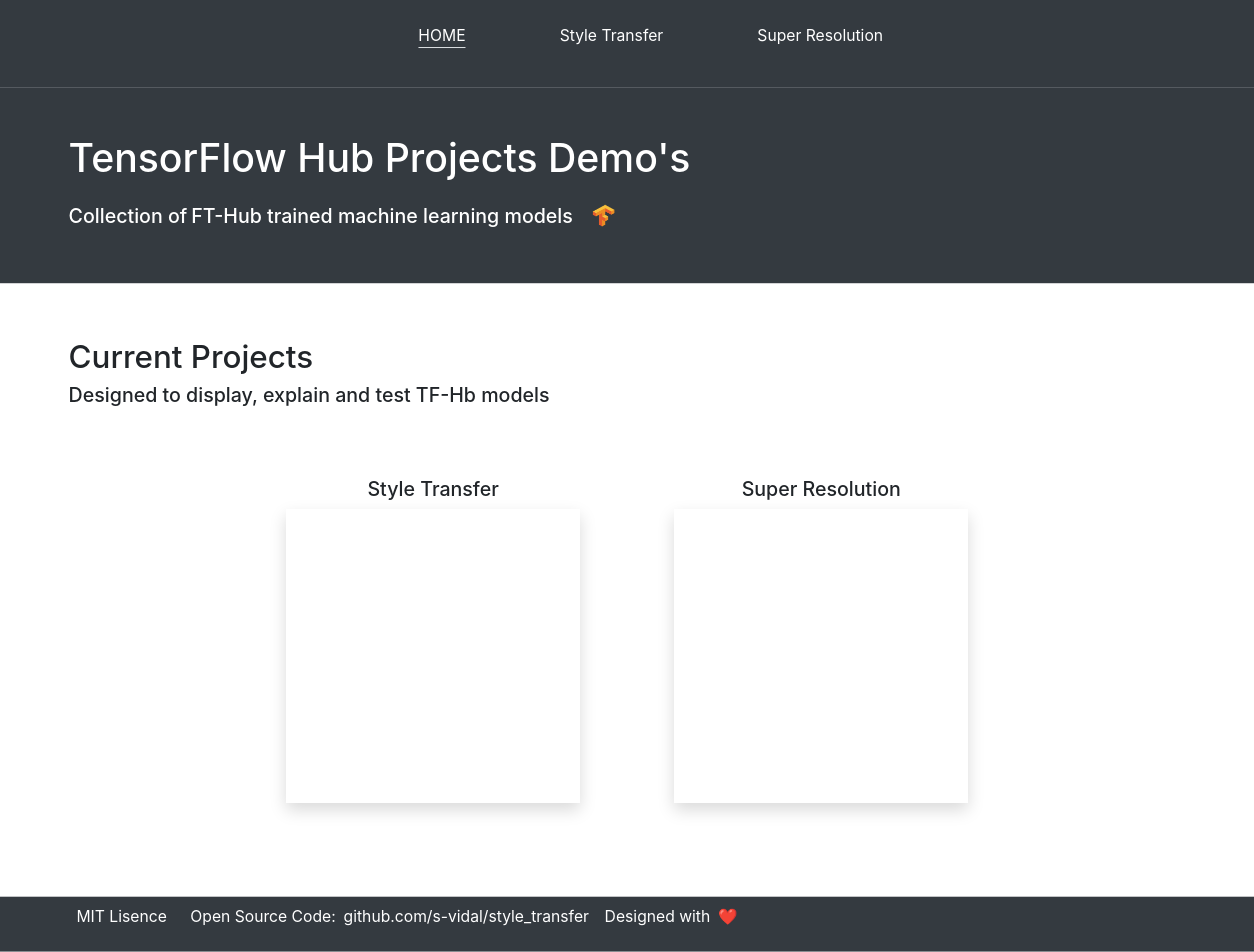
Repository: s-vidal/style_transfer
Page: / (app in client/)
The author's editor kept a copy of each file at every save. The page is drawn from the files as they stood at one save, then again after the next save.
The browser window is 1280 px wide. The pictures show the whole page, at 98% of full size.
The page's requests for data from a server got no answer. The project was rebuilt for these pictures with package versions that can differ from the ones it lists, and the page was loaded fresh each time. A package was used in the major version that the imports need, not the one package.json lists. No one was signed in, and anything a server would have sent is missing. Also part of the build but not shown: client/src/App.css, client/src/components/DropZone.jsx, client/src/lib/api.js, client/src/components/Inference.jsx, client/src/components/Header.jsx, client/src/pages/StyleTransfer.jsx, client/src/pages/SuperResolution.jsx.

Above is the page before, as saved 2020-09-30 16:31:11.

### client/public/index.html
<!DOCTYPE html>
<html lang="en">
  <head>
    <meta charset="utf-8" />
    <link rel="icon" href="%PUBLIC_URL%/favicon.ico" />
    <meta name="viewport" content="width=device-width, initial-scale=1" />
    <meta name="theme-color" content="#000000" />
    <meta
      name="description"
      content="Web site created using create-react-app"
    />
    <link rel="apple-touch-icon" href="%PUBLIC_URL%/logo192.png" />
    <!--
      manifest.json provides metadata used when your web app is installed on a
      user's mobile device or desktop. See https://developers.google.com/web/fundamentals/web-app-manifest/
    -->
    <link rel="manifest" href="%PUBLIC_URL%/manifest.json" />
    <!--
      Notice the use of %PUBLIC_URL% in the tags above.
      It will be replaced with the URL of the `public` folder during the build.
      Only files inside the `public` folder can be referenced from the HTML.

      Unlike "/favicon.ico" or "favicon.ico", "%PUBLIC_URL%/favicon.ico" will
      work correctly both with client-side routing and a non-root public URL.
      Learn how to configure a non-root public URL by running `npm run build`.
    -->
    <!-- CSS only -->
    <link
      rel="stylesheet"
      href="https://stackpath.bootstrapcdn.com/bootstrap/4.5.2/css/bootstrap.min.css"
      integrity="sha384-JcKb8q3iqJ61gNV9KGb8thSsNjpSL0n8PARn9HuZOnIxN0hoP+VmmDGMN5t9UJ0Z"
      crossorigin="anonymous"
    />
    <title>React App</title>
  </head>
  <body>
    <noscript>You need to enable JavaScript to run this app.</noscript>
    <div id="root"></div>
    <!--
      This HTML file is a template.
      If you open it directly in the browser, you will see an empty page.

      You can add webfonts, meta tags, or analytics to this file.
      The build step will place the bundled scripts into the <body> tag.

      To begin the development, run `npm start` or `yarn start`.
      To create a production bundle, use `npm run build` or `yarn build`.
    -->
    <!-- JS, Popper.js, and jQuery -->
    <script
      src="https://code.jquery.com/jquery-3.5.1.slim.min.js"
      integrity="sha384-DfXdz2htPH0lsSSs5nCTpuj/zy4C+OGpamoFVy38MVBnE+IbbVYUew+OrCXaRkfj"
      crossorigin="anonymous"
    ></script>
    <script
      src="https://cdn.jsdelivr.net/npm/popper.js@1.16.1/dist/umd/popper.min.js"
      integrity="sha384-9/reFTGAW83EW2RDu2S0VKaIzap3H66lZH81PoYlFhbGU+6BZp6G7niu735Sk7lN"
      crossorigin="anonymous"
    ></script>
    <script
      src="https://stackpath.bootstrapcdn.com/bootstrap/4.5.2/js/bootstrap.min.js"
      integrity="sha384-B4gt1jrGC7Jh4AgTPSdUtOBvfO8shuf57BaghqFfPlYxofvL8/KUEfYiJOMMV+rV"
      crossorigin="anonymous"
    ></script>
  </body>
</html>

### client/src/App.js
import React from "react";
import {BrowserRouter as Router, Switch, Route} from "react-router-dom";
import "./App.css";
import StyleTransfer from "./pages/StyleTransfer";
import SuperResolution from "./pages/SuperResolution";
import Footer from "./components/Footer";
import NavBar from "./components/NavBar";
import HomePage from "./pages/HomePage";

function App() {
  return (
    <div>
      <Router>
        <NavBar />
        <Switch>
          <Route path="/super-resolution">
            <SuperResolution />
          </Route>
          <Route path="/style-transfer">
            <StyleTransfer />
          </Route>
          <Route path="/">
            <HomePage />
          </Route>
        </Switch>
        <Footer />
      </Router>
    </div>
  );
}

export default App;

### client/src/components/Footer.jsx
import React from "react";

const Footer = () => {
  return (
    <div className="text-white bg-dark">
      <div className="container mt-5">
        <div className="row p-2 mt-4">
          <p className="mr-4">MIT Lisence</p>
          <p>Open Source Code:</p>
          <a
            className="ml-2 text-white"
            href="https://github.com/s-vidal/style_transfer"
          >
            <span>github.com/s-vidal/style_transfer</span>
          </a>
          <p className="ml-3 mr-1"> Designed with </p>
          <span role="img" aria-label="emoji" className="ml-1">
            ❤️
          </span>
        </div>
      </div>
    </div>
  );
};

export default Footer;

### client/src/components/NavBar.jsx
import React, {useState, useEffect} from "react";
import {Link, useLocation} from "react-router-dom";
import "./NavBar.css";

const NavBar = () => {
  const [currentPage, setCurrentPage] = useState("");
  const location = useLocation();

  useEffect(() => {
    const currentPath = location.pathname;
    setCurrentPage(currentPath.substring(1));
  }, [location]);

  return (
    <nav className="navbar navbar-expand-lg d-flex justify-content-center bg-dark pt-3 pb-3">
      <ul className="navbar-nav">
        <li className="nav-item">
          <Link className="nav-link pl-5 pr-5" to={"/"}>
            <div className="ml-5 ">
              <p
                className={
                  currentPage === ""
                    ? "text-white nav-text active border-bottom"
                    : "text-white nav-text"
                }
              >
                HOME
              </p>
            </div>
          </Link>
        </li>
        <li className="nav-item">
          <Link
            className="nav-link pl-5 pr-5 text-white"
            to={"/style-transfer"}
          >
            <p
              className={
                currentPage === "style-transfer"
                  ? "text-white nav-text active border-bottom"
                  : "text-white nav-text"
              }
            >
              Style Transfer
            </p>
          </Link>
        </li>
        <li className="nav-item active">
          <Link
            className="nav-link pl-5 pr-5 text-white"
            to={"/super-resolution"}
          >
            <p
              className={
                currentPage === "super-resolution"
                  ? "text-white nav-text active border-bottom"
                  : "text-white nav-text"
              }
            >
              Super Resolution
            </p>
          </Link>
        </li>
      </ul>
    </nav>
  );
};

export default NavBar;

### client/src/pages/HomePage.jsx
import React from "react";
import "../components/HomePage.css";

const HomePage = () => {
  return (
    <>
      <div className="bg-dark text-white p-4 pt-5 pb-5">
        <div className="container">
          <div className="row">
            <h1>TensorFlow Hub Projects Demo's</h1>
          </div>
          <div className="row mt-3">
            <h5>Collection of</h5>
            <a
              href="https://tfhub.dev/google/magenta/arbitrary-image-stylization-v1-256/2"
              className="pl-1 pr-1 text-white"
            >
              <h5>FT-Hub trained machine learning models</h5>
            </a>
            <img
              className="ml-3"
              src={require("../img/tf_logo.png")}
              alt="tf"
              width="22"
              height="22"
            ></img>
          </div>
        </div>
      </div>
      <div className="container p-0 pt-5">
        <div>
          <h2 className="mt-2">Current Projects</h2>
          <h5 className="mb-4">
            Designed to display, explain and test TF-Hb models
          </h5>
        </div>
        <div className="row d-flex justify-content-center">
          <div className="m-5">
            <h5 className="text-center">Style Transfer</h5>
            <div className="home-item shadow"></div>
          </div>
          <div className="m-5">
            <h5 className="text-center"> Super Resolution</h5>
            <div className="home-item shadow"></div>
          </div>
        </div>
      </div>
    </>
  );
};

export default HomePage;

### client/src/components/NavBar.css
.nav-text:hover {
  border-bottom: 1px solid white;
  transition-duration: 0.5s ease-in-out;
}

### client/src/components/HomePage.css
.home-item {
  min-width: 300px;
  min-height: 300px;
}
.home-item:hover {
  cursor: pointer;
  transform: translate(3px, 3px);
  transition-duration: 0.5s ease-in-out;
}

Loaded but not shown: client/src/index.js (common file); client/src/index.css (common file); client/src/serviceWorker.js (common file)

After the next save:
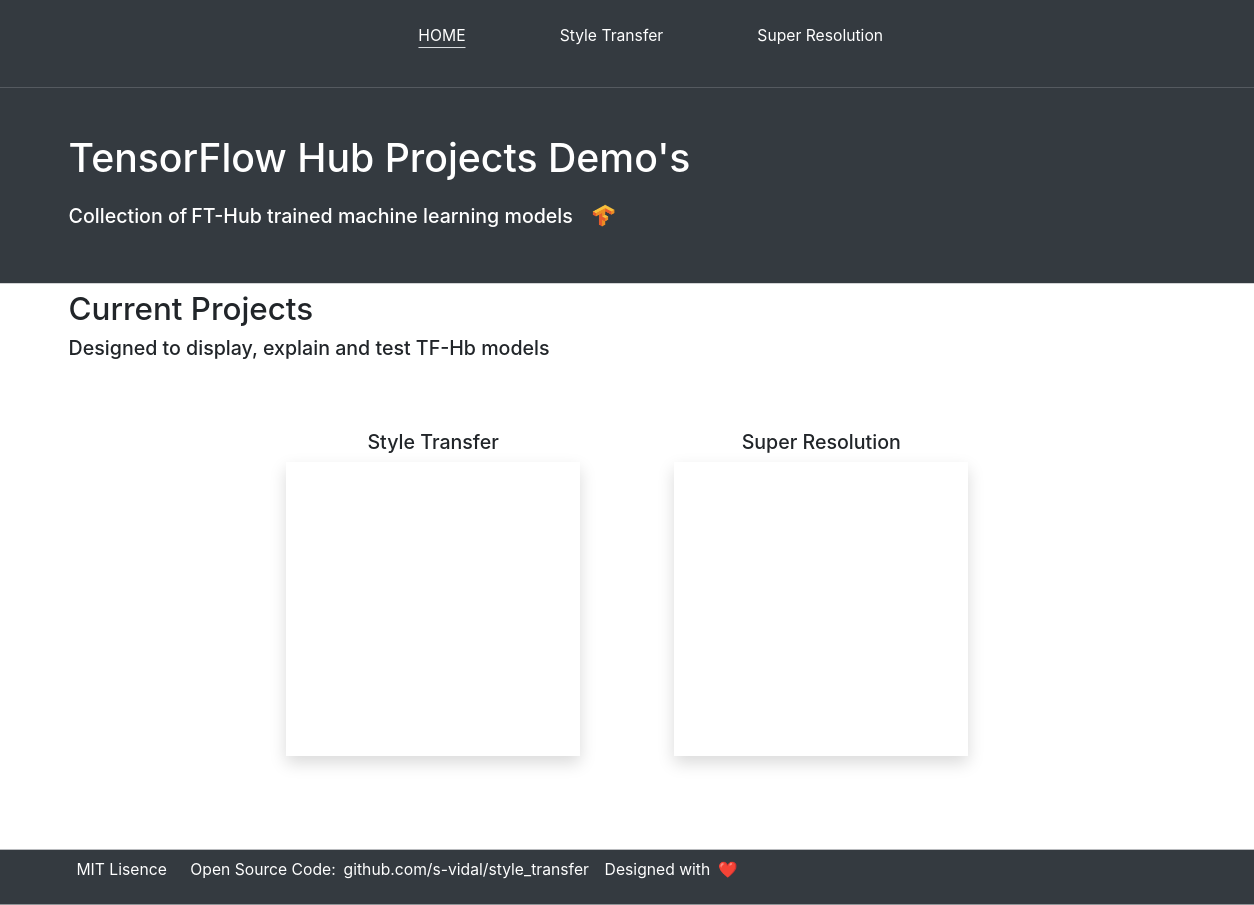
Saved 9 s later.
--- a/client/src/pages/HomePage.jsx
+++ b/client/src/pages/HomePage.jsx
@@ -27,7 +27,7 @@
           </div>
         </div>
       </div>
-      <div className="container p-0 pt-5">
+      <div className="container p-0">
         <div>
           <h2 className="mt-2">Current Projects</h2>
           <h5 className="mb-4">
